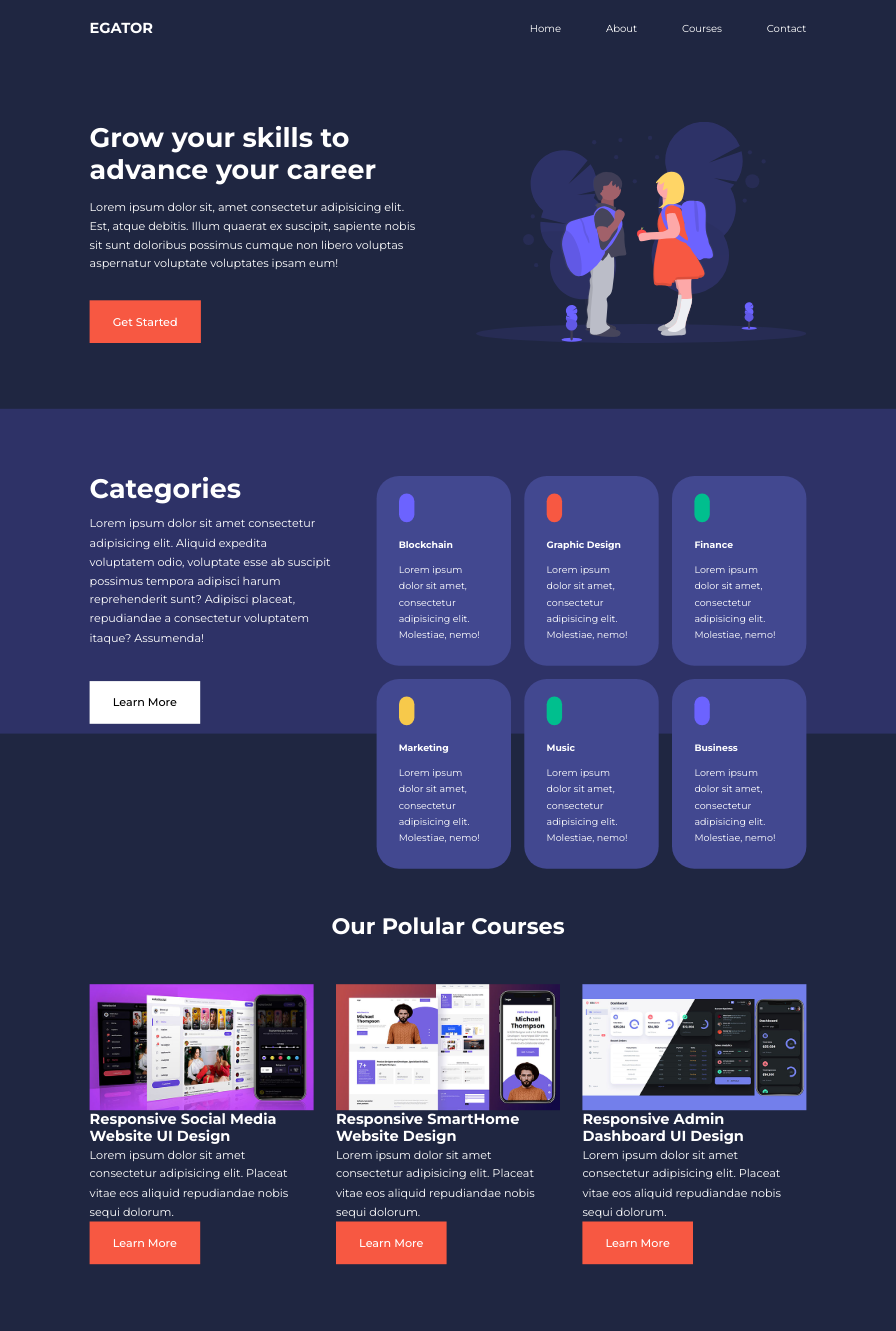
Repository: QUANGTHAI2003/education-web
Page: index.html
The author's editor kept a copy of each file at every save. The page is drawn from the files as they stood at one save, then again after the next save.
The browser window is 1280 px wide. The pictures show the whole page, at 70% of full size.
Some icons come from a web library that is not loaded, so they are not drawn.

Above is the page before, as saved 2022-03-11 14:42:57.

### index.html
<!DOCTYPE html>
<html lang="en">
    <head>
        <meta charset="UTF-8" />
        <meta http-equiv="X-UA-Compatible" content="IE=edge" />
        <meta name="viewport" content="width=device-width, initial-scale=1.0" />
        <title>Responsive Multipage Education</title>
        <!-- ICONSCOUT CDN -->
        <link
            rel="stylesheet"
            href="https://unicons.iconscout.com/release/v2.1.6/css/unicons.css"
        />
        <!-- GOOGLE FONTS -->
        <link rel="preconnect" href="https://fonts.googleapis.com" />
        <link rel="preconnect" href="https://fonts.gstatic.com" crossorigin />
        <link
            href="https://fonts.googleapis.com/css2?family=Montserrat:wght@300;400;500;600;700;800;900&family=Poppins:wght@300;400;600&display=swap"
            rel="stylesheet"
        />

        <link rel="stylesheet" href="./css/style.css" />
    </head>
    <body>
        <nav>
            <div class="container nav__container">
                <a href="index.html">
                    <h4>EGATOR</h4>
                </a>
                <ul class="nav__menu">
                    <li><a href="index.html">Home</a></li>
                    <li><a href="about.html">About</a></li>
                    <li><a href="courses.html">Courses</a></li>
                    <li><a href="contact.html">Contact</a></li>
                </ul>
                <button id="open-menu-btn">
                    <i class="uil uil-bars"></i>
                </button>
                <button id="close-menu-btn">
                    <i class="uil uil-multiply"></i>
                </button>
            </div>
        </nav>
        <!-- END OF NAVBAR -->
        <header>
            <div class="container header__container">
                <div class="header__left">
                    <h1>Grow your skills to advance your career</h1>
                    <p>
                        Lorem ipsum dolor sit, amet consectetur adipisicing elit. Est, atque
                        debitis. Illum quaerat ex suscipit, sapiente nobis sit sunt doloribus
                        possimus cumque non libero voluptas aspernatur voluptate voluptates ipsam
                        eum!
                    </p>
                    <a href="courses.html" class="btn btn-primary">Get Started</a>
                </div>
                <div class="header__right">
                    <div class="header__right-image">
                        <img src="./images/header.svg" />
                    </div>
                </div>
            </div>
        </header>
        <!-- END OF HEADER -->
        <section class="categories">
            <div class="container categories__container">
                <div class="categories__left">
                    <h1>Categories</h1>
                    <p>
                        Lorem ipsum dolor sit amet consectetur adipisicing elit. Aliquid expedita
                        voluptatem odio, voluptate esse ab suscipit possimus tempora adipisci harum
                        reprehenderit sunt? Adipisci placeat, repudiandae a consectetur voluptatem
                        itaque? Assumenda!
                    </p>
                    <a href="#" class="btn">Learn More</a>
                </div>
                <div class="categories__right">
                    <article class="category">
                        <span class="category__icon">
                            <i class="uil uil-bitcoin-circle"></i>
                        </span>
                        <h5>Blockchain</h5>
                        <p>
                            Lorem ipsum dolor sit amet, consectetur adipisicing elit. Molestiae,
                            nemo!
                        </p>
                    </article>
                    <article class="category">
                        <span class="category__icon">
                            <i class="uil uil-palette"></i>
                        </span>
                        <h5>Graphic Design</h5>
                        <p>
                            Lorem ipsum dolor sit amet, consectetur adipisicing elit. Molestiae,
                            nemo!
                        </p>
                    </article>
                    <article class="category">
                        <span class="category__icon">
                            <i class="uil uil-usd-circle"></i>
                        </span>
                        <h5>Finance</h5>
                        <p>
                            Lorem ipsum dolor sit amet, consectetur adipisicing elit. Molestiae,
                            nemo!
                        </p>
                    </article>
                    <article class="category">
                        <span class="category__icon">
                            <i class="uil uil-megaphone"></i>
                        </span>
                        <h5>Marketing</h5>
                        <p>
                            Lorem ipsum dolor sit amet, consectetur adipisicing elit. Molestiae,
                            nemo!
                        </p>
                    </article>
                    <article class="category">
                        <span class="category__icon">
                            <i class="uil uil-music"></i>
                        </span>
                        <h5>Music</h5>
                        <p>
                            Lorem ipsum dolor sit amet, consectetur adipisicing elit. Molestiae,
                            nemo!
                        </p>
                    </article>
                    <article class="category">
                        <span class="category__icon">
                            <i class="uil uil-puzzle-piece"></i>
                        </span>
                        <h5>Business</h5>
                        <p>
                            Lorem ipsum dolor sit amet, consectetur adipisicing elit. Molestiae,
                            nemo!
                        </p>
                    </article>
                </div>
            </div>
        </section>
        <!-- END OF CATEGORIES -->
        <section class="courses">
            <h2>Our Polular Courses</h2>
            <div class="container courses__container">
                <article class="course">
                    <div class="course__image">
                        <img src="./images/course1.jpg" />
                    </div>
                    <div class="course__info">
                        <h4>Responsive Social Media Website UI Design</h4>
                        <p>
                            Lorem ipsum dolor sit amet consectetur adipisicing elit. Placeat vitae
                            eos aliquid repudiandae nobis sequi dolorum.
                        </p>
                        <a href="courses.html" class="btn btn-primary">Learn More</a>
                    </div>
                </article>
                <article class="course">
                    <div class="course__image">
                        <img src="./images/course2.jpg" />
                    </div>
                    <div class="course__info">
                        <h4>Responsive SmartHome Website Design</h4>
                        <p>
                            Lorem ipsum dolor sit amet consectetur adipisicing elit. Placeat vitae
                            eos aliquid repudiandae nobis sequi dolorum.
                        </p>
                        <a href="courses.html" class="btn btn-primary">Learn More</a>
                    </div>
                </article>
                <article class="course">
                    <div class="course__image">
                        <img src="./images/course3.jpg" />
                    </div>
                    <div class="course__info">
                        <h4>Responsive Admin Dashboard UI Design</h4>
                        <p>
                            Lorem ipsum dolor sit amet consectetur adipisicing elit. Placeat vitae
                            eos aliquid repudiandae nobis sequi dolorum.
                        </p>
                        <a href="courses.html" class="btn btn-primary">Learn More</a>
                    </div>
                </article>
            </div>
        </section>
        <!-- END OF COURSES -->
        <script src="./app.js"></script>
    </body>
</html>

### css/style.css
* {
    margin: 0;
    padding: 0;
    border: 0;
    outline: 0;
    text-decoration: none;
    list-style: none;
    box-sizing: border-box;
}

:root {
    --color-primary: #6c63ff;
    --color-success: #00bf8e;
    --color-warning: #f7c94b;
    --color-danger: #f75842;
    --color-danger-variant: rgba(247, 88, 66, 0.4);
    --color-white: #fff;
    --color-light: rgba(255, 255, 255, 0.7);
    --color-black: #000;
    --color-bg: #1f2641;
    --color-bg1: #2e3267;
    --color-bg2: #424890;

    --container-width-lg: 80%;
    --container-width-md: 90%;
    --container-width-sm: 94%;

    --transition: all 400ms ease;
}

body {
    font-family: 'Montserrat', sans-serif;
    line-height: 1.7;
    color: var(--color-white);
    background: var(--color-bg);
}

.container {
    width: var(--container-width-lg);
    margin: 0 auto;
}

section {
    padding: 6rem 0;
}

section h2 {
    text-align: center;
    margin-bottom: 4rem;
}

h1,
h2,
h3,
h4,
h5 {
    line-height: 1.2;
}

h1 {
    font-size: 2.4rem;
}

h2 {
    font-size: 2rem;
}

h3 {
    font-size: 1.3rem;
}

h4 {
    font-size: 1.3rem;
}

a {
    color: var(--color-white);
}

img {
    width: 100%;
    display: block;
    object-fit: cover;
}

.btn {
    display: inline-block;
    background: var(--color-white);
    color: var(--color-black);
    padding: 1rem 2rem;
    border: 1px solid transparent;
    font-weight: 500;
    transition: var(--transition);
}

.btn:hover {
    background: transparent;
    color: var(--color-white);
    border-color: var(--color-white);
}

.btn-primary {
    background: var(--color-danger);
    color: var(--color-white);
}

/* ================= NAVBAR =================*/
nav {
    background: transparent;
    width: 100vw;
    height: 5rem;
    position: fixed;
    top: 0;
    z-index: 11;
}

/* change navbar styles on scroll using js*/
.window-scroll {
    background: var(--color-primary);
    box-shadow: 0 1rem 2rem rgba(0, 0, 0, 0.2);
}

.nav__container {
    height: 100%;
    display: flex;
    justify-content: space-between;
    align-items: center;
}

nav button {
    display: none;
}

.nav__menu {
    display: flex;
    align-items: center;
    gap: 4rem;
}

.nav__menu a {
    font-size: 0.9rem;
    transition: var(--transition);
}

.nav__menu a:hover {
    color: var(--color-bg2);
}

/* ================= HEADER =================*/
header {
    position: relative;
    top: 5rem;
    overflow: hidden;
    height: 70vh;
    margin-bottom: 5rem;
}

.header__container {
    display: grid;
    grid-template-columns: repeat(2, 1fr);
    align-items: center;
    gap: 5rem;
    height: 100%;
}

.header__left p {
    margin: 1rem 0 2.4rem;
}

/* ================= CATEGORIES =================*/
.categories {
    background: var(--color-bg1);
    height: 29rem;
}

.categories h1 {
    line-height: 1;
}

.categories__container {
    display: grid;
    grid-template-columns: 40% 60%;
}

.categories__left {
    margin-right: 4rem;
}

.categories__left p {
    margin: 1rem 0 3rem;
}

.categories__right {
    display: grid;
    grid-template-columns: repeat(3, 1fr);
    gap: 1.2rem;
}

.category {
    background: var(--color-bg2);
    padding: 2rem;
    border-radius: 2rem;
    transition: var(--transition);
}

.category:hover {
    box-shadow: 0 3rem 3rem rgba(0, 0, 0, 0.3);
    z-index: 1;
}

.category:nth-child(2) .category__icon {
    background: var(--color-danger);
}

.category:nth-child(3) .category__icon {
    background: var(--color-success);
}

.category:nth-child(4) .category__icon {
    background: var(--color-warning);
}

.category:nth-child(5) .category__icon {
    background: var(--color-success);
}

.category__icon {
    background: var(--color-primary);
    padding: 0.7rem;
    border-radius: 0.9rem;
}

.category h5 {
    margin: 2rem 0 1rem;
}

.category p {
    font-size: 0.85rem;
}

.courses {
    margin-top: 10rem;
}

.courses__container {
    display: grid;
    grid-template-columns: repeat(3, 1fr);
    gap: 2rem;
}

### app.js
// changen navbar styles on scroll
window.addEventListener('scroll', () => {
    document.querySelector('nav').classList.toggle
        ('window-scroll', window.scrollY > 0);
})

After the next save:
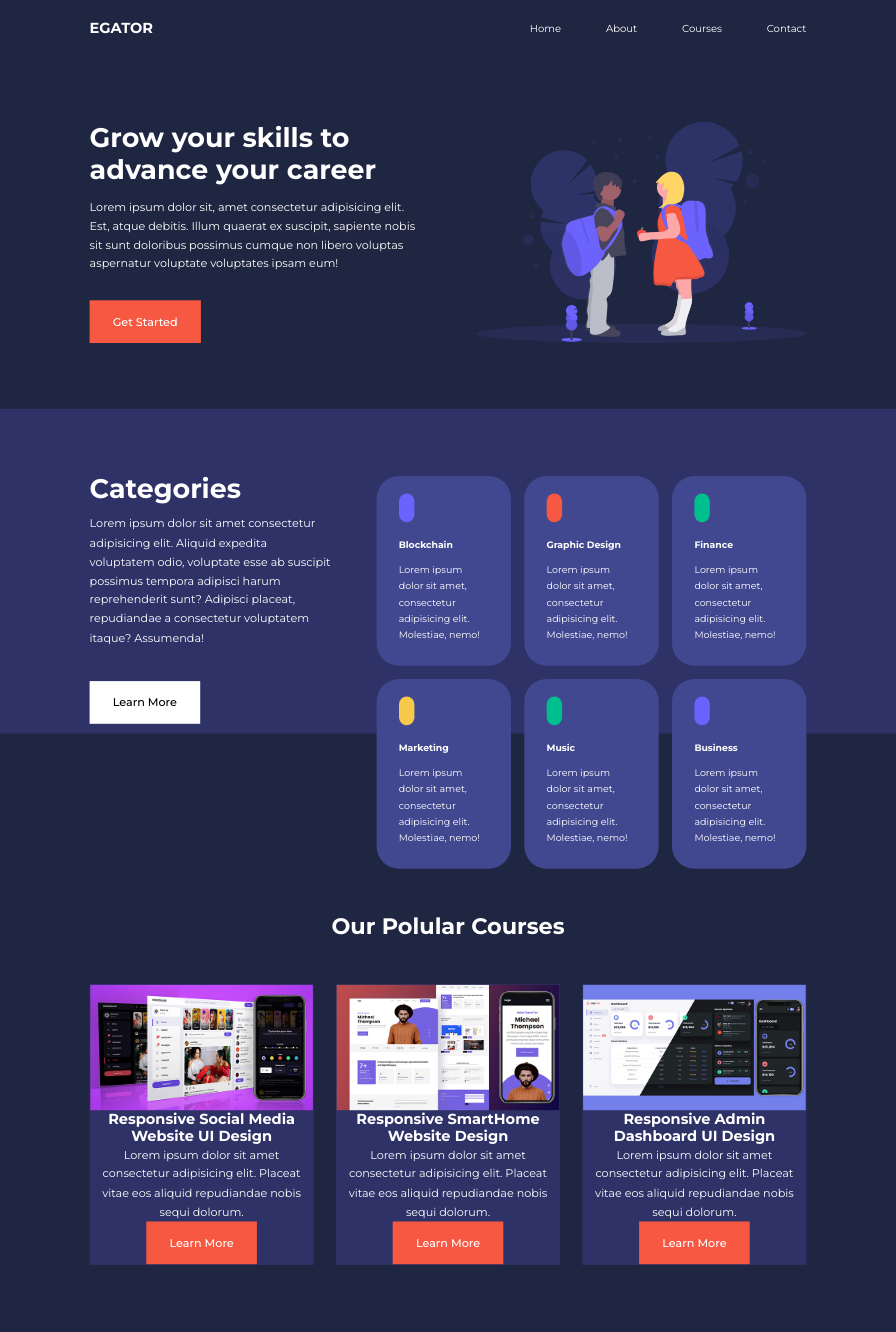
Saved 54 s later.
--- a/css/style.css
+++ b/css/style.css
@@ -247,3 +247,9 @@ header {
     grid-template-columns: repeat(3, 1fr);
     gap: 2rem;
 }
+
+.course {
+    background: var(--color-bg1);
+    text-align: center;
+    border: 1px solid transparent;
+}
